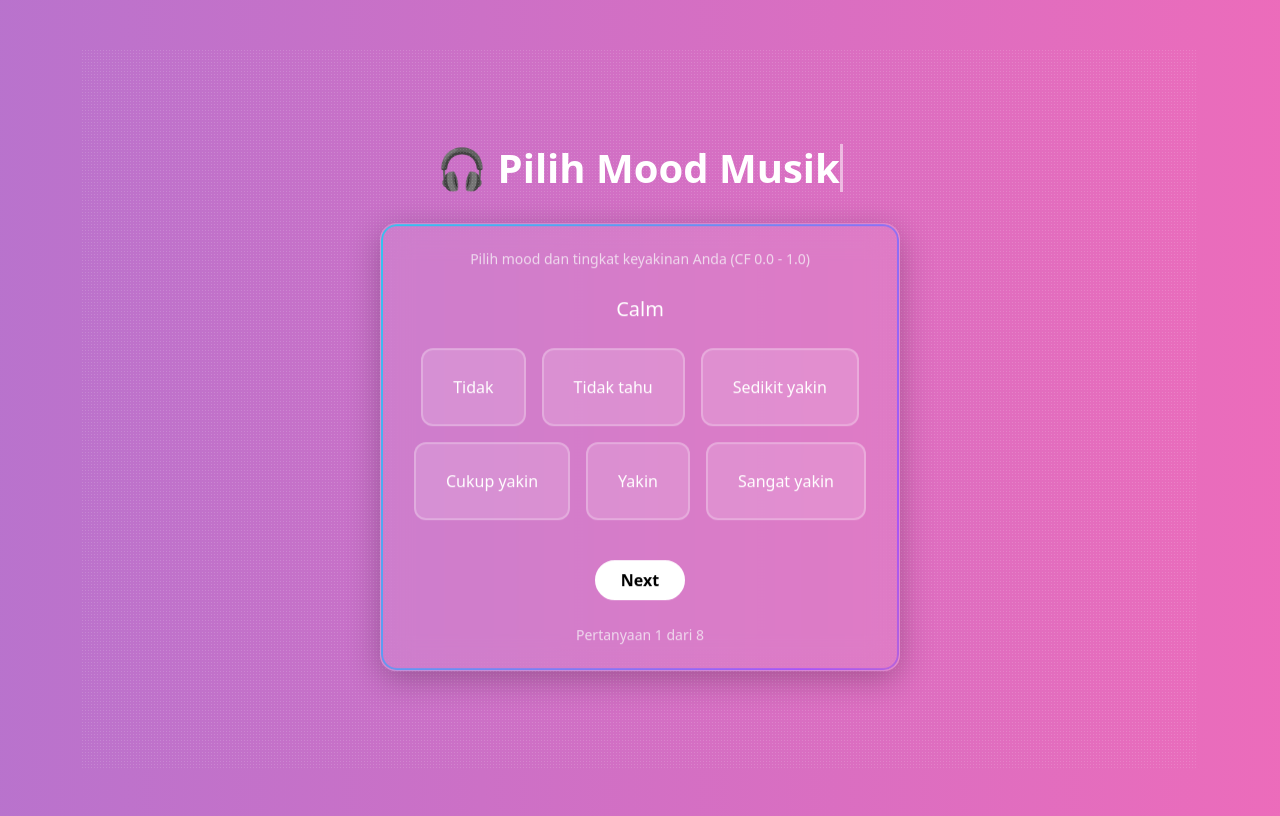
Repository: Graceagt/musicrec
Page: http://localhost/music
The author's editor kept a copy of each file at every save. The page is drawn from the files as they stood at one save, then again after a run of saves.
The browser window is 1280 px wide. The pictures show the whole page.
The page is served by the project's Laravel application, run on PHP 8.4 with Laravel 10.

Above is the page before, as saved 2025-12-10 19:45:36.

After the next 2 saves:
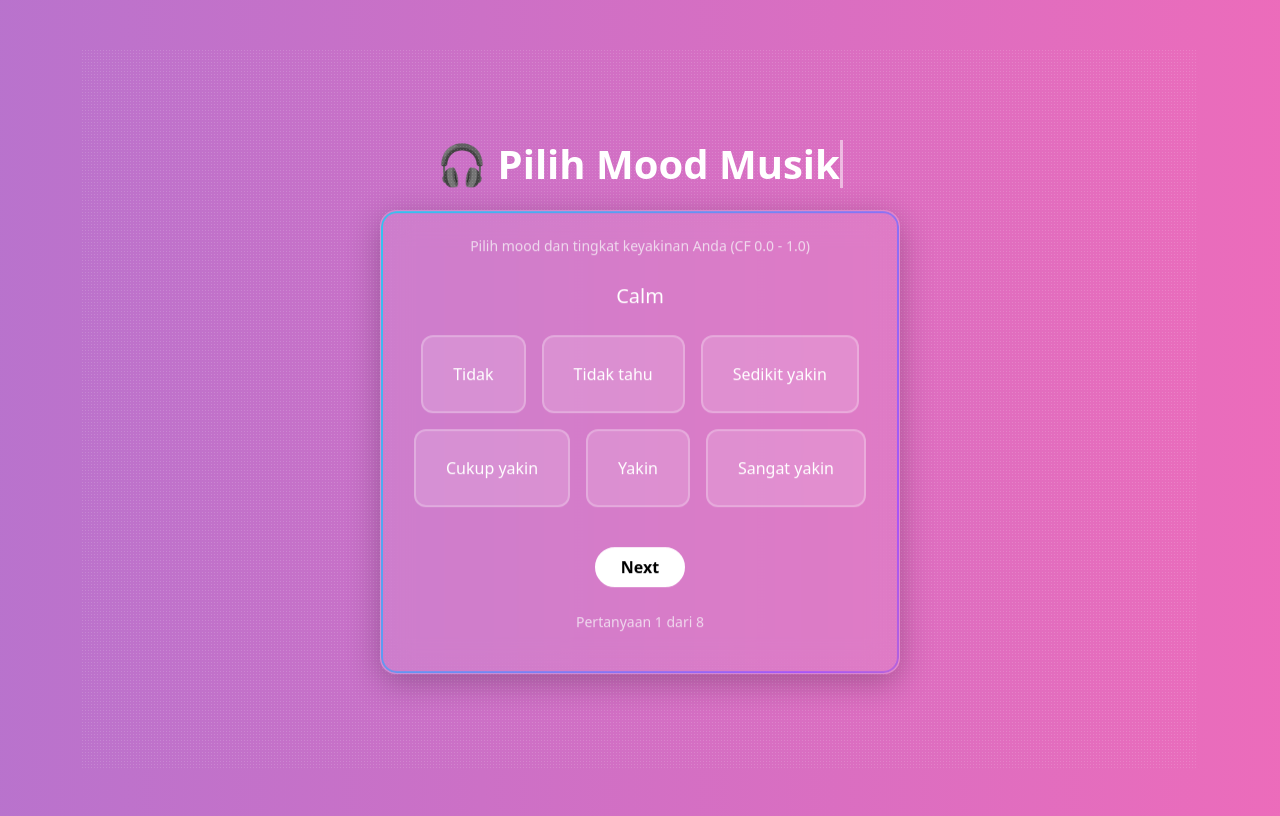
The 2 saves are shown as one change because they came seconds apart.
The last was saved 2 min 0 s later.
--- a/resources/views/music-expert.blade.php
+++ b/resources/views/music-expert.blade.php
@@ -237,3 +237,59 @@ document.addEventListener('DOMContentLoaded', function() {
 }
 </style>
 @endsection
+
+<script>
+    document.addEventListener('DOMContentLoaded', function() {
+        const container = document.querySelector('.slides-container');
+        const slides = Array.from(document.querySelectorAll('.question-slide'));
+        const totalSlides = slides.length;
+        if (!container || totalSlides === 0) return;
+
+        let currentIndex = 0;
+
+        function updateButtonsVisibility() {
+            slides.forEach((s, idx) => {
+                const backBtn = s.querySelector(`#backBtn_${idx}`);
+                const nextBtn = s.querySelector(`#nextBtn_${idx}`);
+                if (backBtn) backBtn.style.display = (idx === 0) ? 'none' : 'inline-block';
+                if (nextBtn) nextBtn.style.display = (idx === totalSlides - 1) ? 'none' : 'inline-block';
+            });
+        }
+
+        function updateSlidePosition() {
+            container.style.transform = `translateX(-${currentIndex * 100}%)`;
+            slides.forEach((slide, idx) => slide.classList.toggle('active', idx === currentIndex));
+            updateButtonsVisibility();
+        }
+
+        window.nextSlide = function() {
+            if (currentIndex < totalSlides - 1) {
+                currentIndex++;
+                updateSlidePosition();
+            }
+        };
+
+        window.prevSlide = function() {
+            if (currentIndex > 0) {
+                currentIndex--;
+                updateSlidePosition();
+            }
+        };
+
+        updateSlidePosition();
+
+        // ===== WARNING UNTUK FORM SUBMIT =====
+        const moodForm = document.getElementById('moodForm');
+        moodForm.addEventListener('submit', function(e) {
+            const allCFs = moodForm.querySelectorAll('.cf-options');
+            for (let cfGroup of allCFs) {
+                const checked = cfGroup.querySelector('input[type="radio"]:checked');
+                if (!checked) {
+                    e.preventDefault(); // hentikan submit
+                    alert('⚠️ Harap pilih salah satu mood pada setiap pertanyaan!');
+                    return false;
+                }
+            }
+        });
+    });
+    </script>

After the 2 saves that followed:
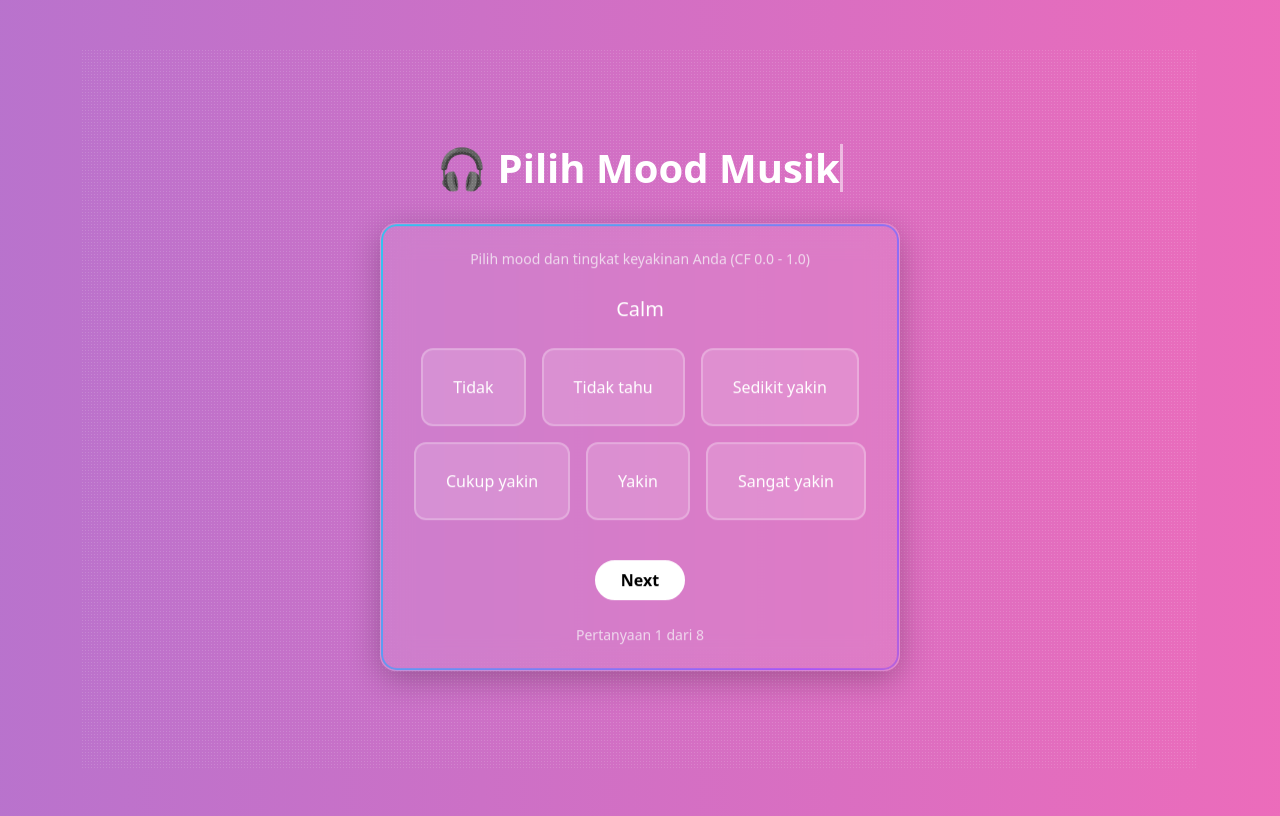
The 2 saves are shown as one change because they came seconds apart.
The last was saved 19 s later.
--- a/resources/views/music-expert.blade.php
+++ b/resources/views/music-expert.blade.php
@@ -237,59 +237,3 @@ document.addEventListener('DOMContentLoaded', function() {
 }
 </style>
 @endsection
-
-<script>
-    document.addEventListener('DOMContentLoaded', function() {
-        const container = document.querySelector('.slides-container');
-        const slides = Array.from(document.querySelectorAll('.question-slide'));
-        const totalSlides = slides.length;
-        if (!container || totalSlides === 0) return;
-
-        let currentIndex = 0;
-
-        function updateButtonsVisibility() {
-            slides.forEach((s, idx) => {
-                const backBtn = s.querySelector(`#backBtn_${idx}`);
-                const nextBtn = s.querySelector(`#nextBtn_${idx}`);
-                if (backBtn) backBtn.style.display = (idx === 0) ? 'none' : 'inline-block';
-                if (nextBtn) nextBtn.style.display = (idx === totalSlides - 1) ? 'none' : 'inline-block';
-            });
-        }
-
-        function updateSlidePosition() {
-            container.style.transform = `translateX(-${currentIndex * 100}%)`;
-            slides.forEach((slide, idx) => slide.classList.toggle('active', idx === currentIndex));
-            updateButtonsVisibility();
-        }
-
-        window.nextSlide = function() {
-            if (currentIndex < totalSlides - 1) {
-                currentIndex++;
-                updateSlidePosition();
-            }
-        };
-
-        window.prevSlide = function() {
-            if (currentIndex > 0) {
-                currentIndex--;
-                updateSlidePosition();
-            }
-        };
-
-        updateSlidePosition();
-
-        // ===== WARNING UNTUK FORM SUBMIT =====
-        const moodForm = document.getElementById('moodForm');
-        moodForm.addEventListener('submit', function(e) {
-            const allCFs = moodForm.querySelectorAll('.cf-options');
-            for (let cfGroup of allCFs) {
-                const checked = cfGroup.querySelector('input[type="radio"]:checked');
-                if (!checked) {
-                    e.preventDefault(); // hentikan submit
-                    alert('⚠️ Harap pilih salah satu mood pada setiap pertanyaan!');
-                    return false;
-                }
-            }
-        });
-    });
-    </script>
